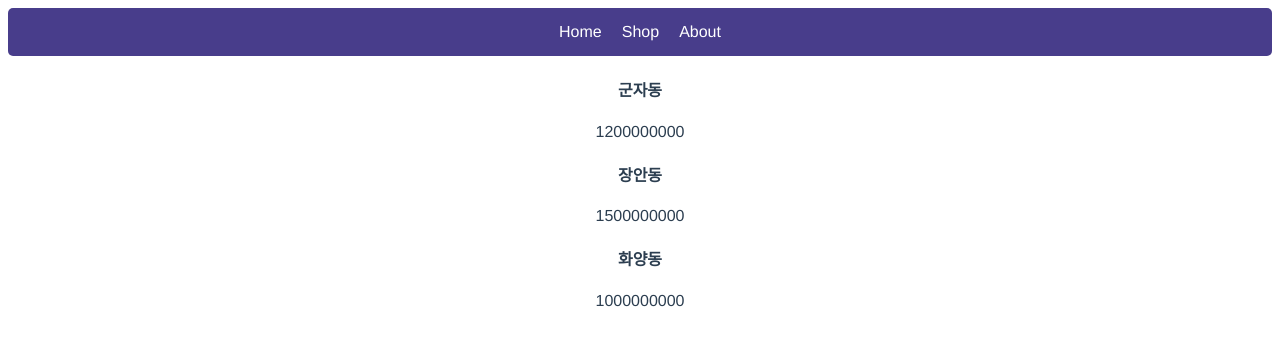
Repository: jy0813/Function
Page: / (app in function/)
An editor plug-in stored every save of this project. The page is shown before and after a run of saves, followed by the edit.
The browser window is 1280 px wide. The pictures show the whole page.
The project was rebuilt for these pictures with package versions that can differ from the ones it lists, and the page was loaded fresh each time.

Above is the page before, as saved 2022-02-23 14:51:58.

After the next 3 saves:
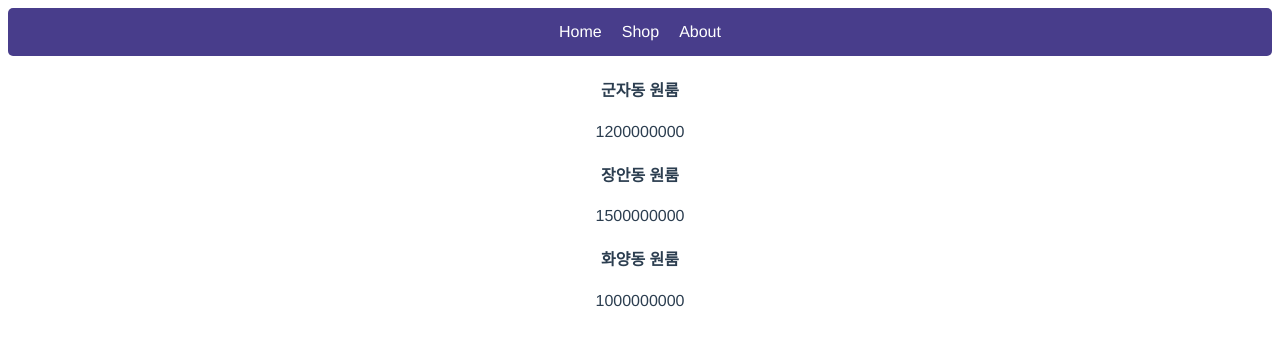
The 3 saves are shown as one change because they came seconds apart.
The last was saved 13 s later.
--- a/function/src/App.vue
+++ b/function/src/App.vue
@@ -18,15 +18,15 @@ export default {
       menu:['Home','Shop','About'],
       room:[
         {
-          address:'군자동',
+          address:'군자동 원룸',
           price:'1200000000',
         },
         {
-          address:'장안동',
+          address:'장안동 원룸',
           price:'1500000000',
         },
         {
-          address:'화양동',
+          address:'화양동 원룸',
           price:'1000000000',
         }
       ]
